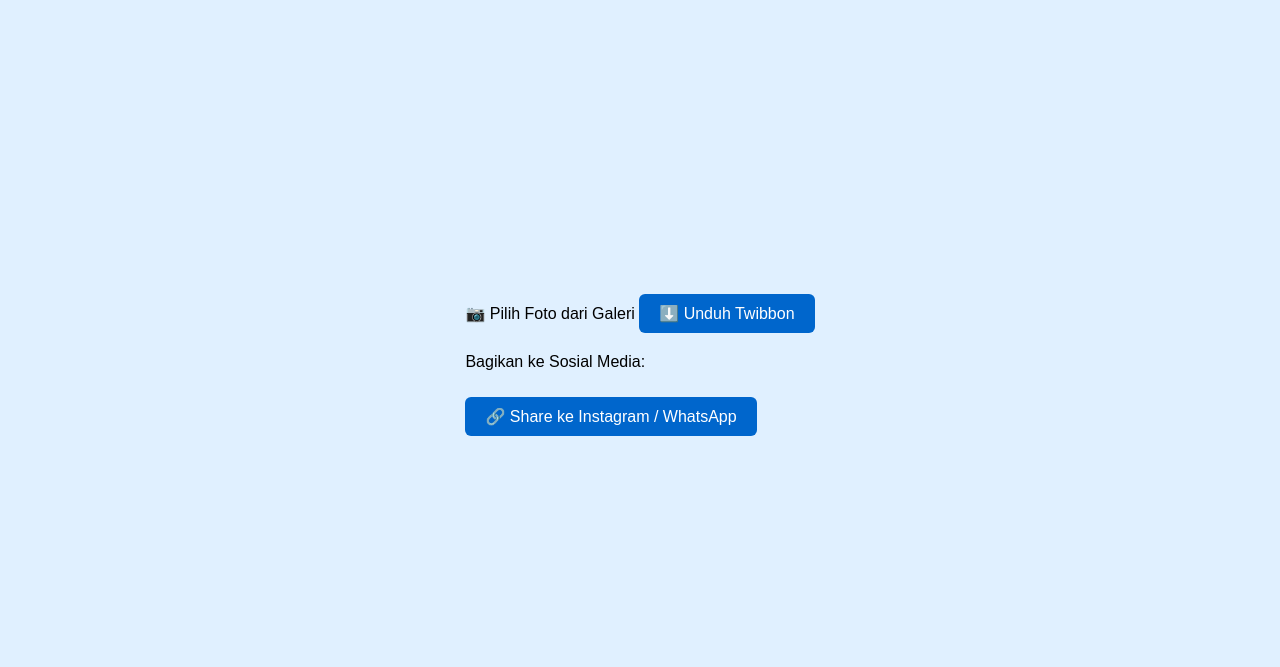
Repository: ppdbsmkmutipuga/twibbonmpls
Page: index.html
The author's editor kept a copy of each file at every save. The page is drawn from the files as they stood at one save, then again after the next save.
The browser window is 1280 px wide. The pictures show the whole page.

Above is the page before, as saved 2025-07-12 10:15:06.

After the next save:
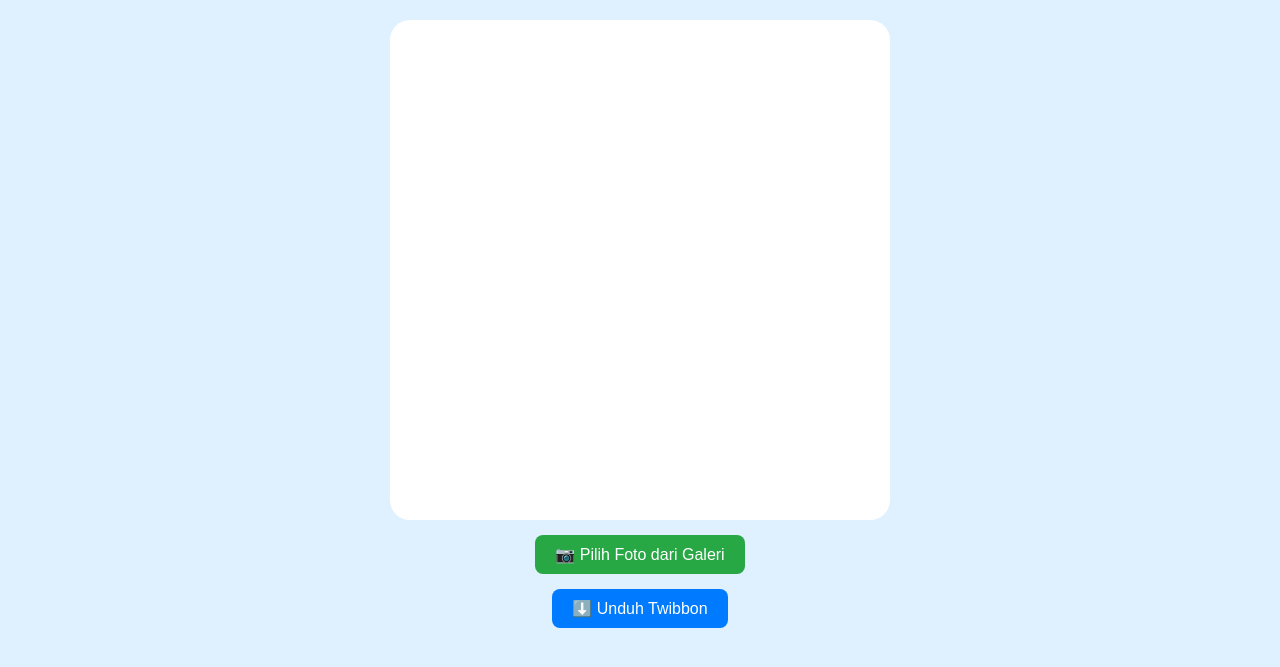
Saved 7 s later.
--- a/style.css
+++ b/style.css
@@ -1,68 +1,58 @@
-body {
-    font-family: sans-serif;
-    display: flex;
-    justify-content: center;
-    align-items: center;
-    background: #e0f0ff;
-    height: 100vh;
-    margin: 0;
+* {
+  margin: 0;
+  padding: 0;
+  box-sizing: border-box;
 }
 
-.container {
-    text-align: center;
+body, html {
+  height: 100%;
+  background-color: #dff1ff;
+  font-family: sans-serif;
 }
 
-.frame-wrapper {
-    position: relative;
-    width: 768px;
-    height: auto;
+.twibbon-container {
+  display: flex;
+  flex-direction: column;
+  align-items: center;
+  padding: 20px;
 }
 
-.frame {
-    position: absolute;
-    top: 0;
-    left: 0;
-    width: 768px;
-    height: 768px;
-    z-index: 2;
-    pointer-events: none;
+canvas {
+  width: 100%;
+  max-width: 500px;
+  aspect-ratio: 1 / 1;
+  background-color: #fff;
+  border-radius: 20px;
 }
 
-#canvas {
-    position: absolute;
-    top: 0;
-    left: 0;
-    z-index: 1;
+.upload-label {
+  margin-top: 15px;
+  padding: 10px 20px;
+  background-color: #28a745;
+  color: white;
+  border-radius: 8px;
+  font-size: 16px;
+  cursor: pointer;
+  display: inline-block;
 }
 
-/* Input file disembunyikan */
 #upload {
-    display: none;
+  display: none;
 }
 
-/* Tombol upload custom */
-.custom-upload {
-    margin-top: 20px;
-    display: inline-block;
-    padding: 12px 25px;
-    background-color: #28a745;
-    color: white;
-    border-radius: 8px;
-    cursor: pointer;
-    font-size: 16px;
+.btn-download {
+  margin-top: 15px;
+  padding: 10px 20px;
+  background-color: #007bff;
+  color: white;
+  border: none;
+  border-radius: 8px;
+  font-size: 16px;
+  cursor: pointer;
 }
 
-button {
-    margin-top: 10px;
-    padding: 10px 20px;
-    background: #0066cc;
-    color: white;
-    border: none;
-    border-radius: 6px;
-    cursor: pointer;
-    font-size: 16px;
+.share-section {
+  display: none;
+  margin-top: 15px;
+  text-align: center;
 }
-
-#shareSection {
-    margin-top: 20px;
-}
